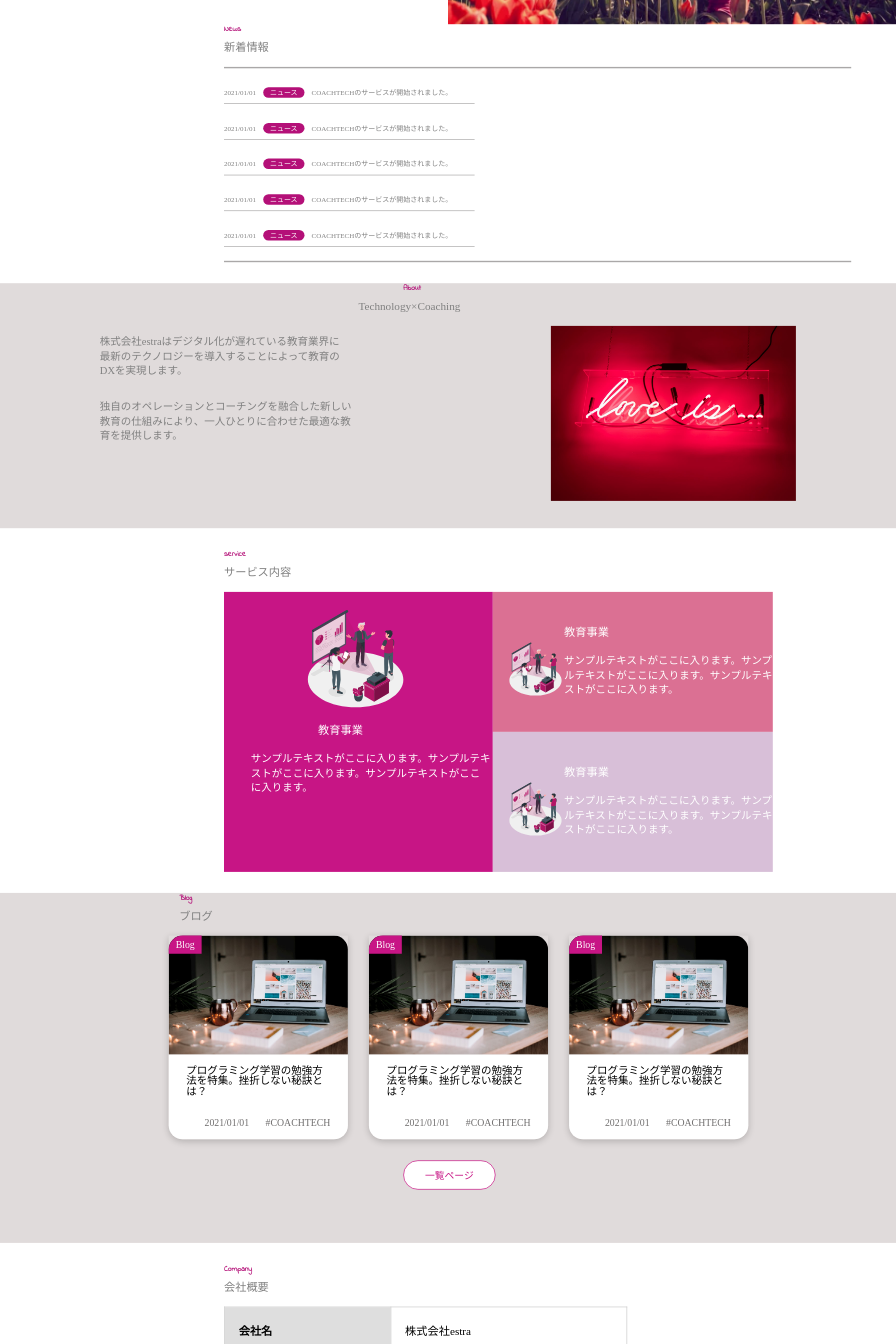
Repository: sigemasaasuka/20210902
Page: index.html
These files come from the project's save history. The page is drawn as it stood at one moment and after a run of saves; the edit follows.
The browser window is 1280 px wide. The pictures show the part of the page from y = 442 to 2362 px (the page is 3297 px tall), at 70% of full size.

Above is the page before, as saved 2021-10-05 19:25:04.

### index.html
<!DOCTYPE html>
<html lang="ja">

<head>
  <meta charset="UTF-8">
  <meta name="viewport" content="width=device-width, initial-scale=1.0">
  <title>Document</title>
  <link rel="stylesheet" href="css/style.css">
  <link rel="stylesheet" href="css/reset.css">
  <link rel="preconnect" href="https://fonts.googleapis.com">
  <link rel="preconnect" href="https://fonts.gstatic.com" crossorigin>
  <link href="https://fonts.googleapis.com/css2?family=Indie+Flower&display=swap" rel="stylesheet">
</head>

<body>
  <div class="flex">
    <div class="logo">
      <img src="img/img/estra_logo.png" alt="estra_logo" width="100px" height="30px">
    </div>
    <div class="parent">
      <div class="child">News</div>
      <div class="child">About</div>
      <div class="child">Service</div>
      <div class="child">blog</div>
      <div class="child">Company</div>
      <div class="child">Contact</div>

    </div>
  </div>
  <div class="relative">
    <img class="relative__img" src="img/img/firstview.jpg" alt="firstview">
    <div class="example">
      <h1>Commit to the <span class="document"> growth</span> <br>for everyone</h1>
    </div>
    <div class="second">
      <h3>全ての全ての人の<span class="second-txt">成長</span>にコミットする</h3>
      <p class="subtitle">Educational Technology Company<br>estra inc since 2019</p>
    </div>
  </div>
  <div class="smlltitle-news">
    <h6>News</h6>
  </div>
  <div class="list-news">
    <h3>新着情報</h3>
  </div>
  <div class="local">
    <div class="info">
      <p>
        2021/01/01　<a class="practice__btn">ニュース</a>　COACHTECHのサービスが開始されました。
      </p>
    </div>
    <div class="info">
      <p>
        2021/01/01　<a class="practice__btn">ニュース</a>　COACHTECHのサービスが開始されました。
      </p>
    </div>
    <div class="info">
      <p>
        2021/01/01　<a class="practice__btn">ニュース</a>　COACHTECHのサービスが開始されました。
      </p>
    </div>
    <div class="info">
      <p>
        2021/01/01　<a class="practice__btn">ニュース</a>　COACHTECHのサービスが開始されました。
      </p>
    </div>
    <div class="info">
      <p>
        2021/01/01　<a class="practice__btn">ニュース</a>　COACHTECHのサービスが開始されました。
      </p>
    </div>
  </div>
  <div class="colored-about">
    <div class="smlltitle-about">
      <h6>About</h6>
    </div>
    <div class="list-about">
      <h3>Technology×Coaching</h3>
    </div>
    <div class="flex-txt">
    <div class="info-txt">
      <div class="relate">
        株式会社estraはデジタル化が遅れている教育業界に<br>最新のテクノロジーを導入することによって教育の<br>DXを実現します。
      </div>
      <div class="relate-txt">
        独自のオペレーションとコーチングを融合した新しい<br>教育の仕組みにより、一人ひとりに合わせた最適な教<br>育を提供します。
      </div>

    </div>
      <div class="about">
        <img class="picture__img" src="img/img/about.jpg" alt="about">
      </div>
  </div>
  </div>

  <div class="service">
    <div class="smlltitle-service">
      <h6>service</h6>
    </div>
    <div class="list-service">
      <h3>サービス内容</h3>
    </div>
    <div class="contents">
    <div class="colored-service">
      <div class="photo">
        <img class="service__img" src="img/img/service__first.svg" alt="service">
      </div>
      <div class="title">
        <h3>教育事業</h3>
      </div>
      <div class="explain">
        サンプルテキストがここに入ります。サンプルテキ<br>ストがここに入ります。サンプルテキストがここ<br>に入ります。
      </div>
    </div>
  <div class="contents2">
    <div class="contents2">
  <div class="colored3">
    <div class="photo2">
      <img class="service__img1" src="img/img/service__first.svg" alt="service">
    </div>
    <div>
    <div class="title2">
      <h3>教育事業</h3>
    </div>
    <div class="explain2">
      サンプルテキストがここに入ります。サンプルテキストがここに入ります。サンプルテキストがここに入ります。
    </div>
  </div>
  </div>
  </div>

  <div class="colored">
    <div class="photo2">
      <img class="service__img1" src="img/img/service__first.svg" alt="service">
    </div>
    <div>
    <div class="title2">
      <h3>教育事業</h3>
    </div>
    <div class="explain2">
      サンプルテキストがここに入ります。サンプルテキストがここに入ります。サンプルテキストがここに入ります。
    </div>
  </div>
  </div>
</div>
</div>
</div>
   <div class="colored-blog">
    <div class="smlltitle-blog">
      <h6>Blog</h6>
    </div>
    <div class="list-blog">
      <h3>ブログ</h3>
   </div>
    <div class="flex__item">
      <div class="practice__card">
        <div class="blog__first">
          <img src="img/img/blog__first.jpg" alt="blog">
        </div>
        <div class="card__content">
          <div class="card__cat">Blog</div>
          <h2 class="card__ttl">プログラミング学習の勉強方法を特集。挫折しない秘訣とは？</h2>
          <div class="tag">
            <p class="card__tag">2021/01/01</p>
            <p class="card__date">#COACHTECH</p>
          </div>
        </div>
      </div>
      <div class="practice__card">
        <div class="blog__first">
          <img src="img/img/blog__first.jpg" alt="blog">
        </div>
        <div class="card__content">
          <div class="card__cat">Blog</div>
          <h2 class="card__ttl">プログラミング学習の勉強方法を特集。挫折しない秘訣とは？</h2>
          <div class="tag">
            <p class="card__tag">2021/01/01</p>
            <p class="card__date">#COACHTECH</p>
          </div>
        </div>
      </div>
      <div class="practice__card">
        <div class="blog__first">
          <img src="img/img/blog__first.jpg" alt="blog">
        </div>
        <div class="card__content">
          <div class="card__cat">Blog</div>
          <h2 class="card__ttl">プログラミング学習の勉強方法を特集。挫折しない秘訣とは？</h2>
          <div class="tag">
            <p class="card__tag">2021/01/01</p>
            <p class="card__date">#COACHTECH</p>
          </div>
        </div>
      </div>
    </div>
    <div class="card__cat-blog">一覧ページ</div>
   </div>
   <div class="company">
    <div class="smlltitle-company">
      <h6>Company</h6>
    </div>
    <div class="list-company">
      <h3>会社概要</h3>
    </div>
    <table>
      <tr>
        <th>会社名</th>
        <td>株式会社estra</td>
      </tr>
      <tr>
        <th>代表者名</th>
        <td>福場凛太郎</td>
      </tr>
      <tr>
        <th>本社所在地</th>
        <td>東京都渋谷区1-1-1</td>
      </tr>
      <tr>
        <th>従業員数</th>
        <td>100名</td>
      </tr>
      <tr>
        <th>電話番号</th>
        <td>0120-00-0000</td>
      </tr>
      <tr>
        <th>資本資金</th>
        <td>¥10,000,000</td>
      </tr>
    </table>
    </div>
    <div class="last">
    <div class="photo2">
     <div class="recruit">
      <div class="second-employ">
        <p>採用情報</p>
      </div>
     </div>
    </div>
    <div class="photo3">
      <div class="interview">
    <div class="second-interview">
      <p>社員インタビュー</p>
      </div>
    </div>
    </div>
    </div>
    <div class="list-question">
      <h3>株式会社estraへのお問い合わせはこちらから</h3>
      </div>
      <div class="rod"><p>&#124</p></div>
      <div class="photo4">
  <div class="card__cat3">お問い合わせ</div>
</div>
<div class="colored-question">
  <div class="second-question">
    <p>Copyright&copy;estra,inc　AII Rights Reserved</p>
  </div>
</div>
</body>

</html>

### css/style.css
.img {
  text-align: left;
}

.parent {
  line-height: 50px;
  display: flex;
  justify-content: space-between;
  color: gray;
}

.child {
  margin: 0 10px;
  font-weight: lighter;
}

.logo {
  line-height: 20px;
  width: 100px;
}
.flex {
  display: flex;
  justify-content: space-between;
  height: 50px;
  margin-left: 30px;
}

.relative {
  position: relative;
}

.relative__img {
  margin: 0 0 0 auto;
  display: block;
  width: 50%;
}

.example {
  position: absolute;
  top: 5%;
  left: 30%;
  font-size: 50px;
  color: #b41078;
  font-family: "Indie Flower", cursive;
}

.document {
  top: 5%;
  left: 30%;
  font-size: 70px;
  color: #30b6cf;
  font-family: "Indie Flower", cursive;
}

.second {
  position: absolute;
  top: 50%;
  left: 30%;
  font-size: 18px;
  color: #b41078;
}

.second-txt {
  top: 50%;
  left: 30%;
  font-size: 18px;
  color: #30b6cf;
}

.subtitle {
  margin: 0;
  font-size: 15px;
  color: gray;
  font-weight: lighter;
}

.smlltitle-news {
  color: #b41078;
  font-family: "Indie Flower", cursive;
  margin-left: 25%;
}

.list-news {
  color: gray;
  margin-left: 25%;
  margin-top: 10px;
  margin-bottom: 20px;
}

.local {
  margin-left: 25%;
  border-color: rgb(170, 168, 168);
  border-top: solid 2px rgb(170, 168, 168);
  border-bottom: solid 2px rgb(170, 168, 168);
  width: 70%;
}

.info {
  margin-bottom: 20px;
  border-width: 0 0 1px 0;
  border-style: solid;
  line-height: 30px;
  border-color: rgb(173, 171, 171);
  margin-top: 20px;
  padding-left: 0;
  font-size: 10px;
  color: gray;
  width: 40%;
}

.practice__btn {
  width: 100px;
  padding: 2px 10px;
  color: #fff;
  border-radius: 30px;
  background-color: #b41078;
  text-align: center;
  margin: 0 auto 0;
}

.colored-about {
  height: 350px;
  background-color: rgb(224, 219, 219);
  margin-top: 30px;
}
.smlltitle-about {
  color: #b41078;
  font-family: "Indie Flower", cursive;
  margin-left: 45%;
}

.list-about {
  color: gray;
  margin-left: 40%;
  margin-top: 10px;
}

.flex-txt {
  display: flex;
  justify-content: space-around;
  height: 30px;
}

.relate {
  color: gray;
  font-size: 15px;
  margin-top: 30px;
}

.relate-txt {
  color: gray;
  font-size: 15px;
  margin-top: 30px;
}

.picture__img {
  margin-top: 20px;
  width: 350px;
  height: 250px;
}

.smlltitle-service {
  color: #b41078;
  font-family: "Indie Flower", cursive;
  margin-left: 25%;
  margin-top: 30px;
}

.list-service {
  color: gray;
  margin-left: 25%;
  margin-top: 10px;
}

.contents {
  display: flex;
}
.colored-service {
  background-color: #c71585;
  margin-top: 20px;
  margin-left: 25%;
  width: 30%;
  height: 400px;
}

.service__img {
  width: 300px;
  height: 150px;
  margin-top: 20px;
  margin-left: 10%;
}

.title {
  margin-top: 20px;
  color: #fff;
  margin-left: 35%;
}

.explain {
  margin-left: 10%;
  margin-top: 20px;
  color: #fff;
  font-size: 15px;
}
.contents2 {
  display: flex;
  flex-direction: column;
  justify-content: space-around;
}
.colored3 {
  display: flex;
  background-color: #db7093;
  margin-top: 20px;
  width: 400px;
  height: 200px;
}

.service__img1 {
  width: 340px;
  height: 220px;
  margin-left: 20px;
}

.title2 {
  margin-top: 20px;
  color: #fff;
  margin-top: 50px;
  margin-left: 20px;
}

.explain2 {
  margin-top: 20px;
  margin-left: 20px;
  color: #fff;
  font-size: 15px;
}

.colored {
  display: flex;
  background-color: #d8bfd8;
  width: 400px;
  height: 200px;
}

.colored-blog {
  height: 500px;
  background-color: rgb(224, 219, 219);
  margin-top: 30px;
}

.smlltitle-blog {
  color: #b41078;
  font-family: "Indie Flower", cursive;
  margin-left: 20%;
  margin-top: 30px;
}

.list-blog {
  color: gray;
  margin-left: 20%;
  margin-top: 10px;
}

.flex__item {
  border-radius: 20px;
  display: flex;
  justify-content: center;
}

.practice__card {
  margin-top: 20px;
  margin-left: 30px;
  position: relative;
  width: 20%;
  border-bottom-left-radius: 20px;
  border-bottom-right-radius: 20px;
  box-shadow: 0px 3px 10px rgba(0, 0, 0, 0.2);
}

.blog__first {
  overflow: hidden;
  border-top-left-radius: 20px;
  border-top-right-radius: 20px;
}

.card__img img {
  width: 100%;
}

.card__content {
  border-bottom-left-radius: 20px;
  border-bottom-right-radius: 20px;
  background-color: #fff;
  padding: 15px 25px;
}

.card__ttl {
  font-size: 15px;
  margin-bottom: 30px;
  font-weight: 400;
}

.card__cat {
  position: absolute;
  top: 0;
  left: 0;
  border-top-left-radius: 20px;
  padding: 5px 10px;
  background: #c71585;
  display: inline-block;
  color: #fff;
  font-size: 14px;
}

.tag {
  font-size: 14px;
  text-align: right;
}

.card__tag {
  display: inline-block;
  color: rgb(112, 110, 110);
  margin-left: 10px;
}

.card__date {
  display: inline-block;
  margin-left: 20px;
  color: rgb(112, 110, 110);
}

.card__cat-blog {
  padding: 10px 30px;
  background: white;
  margin-top: 30px;
  margin-left: 45%;
  border: 1px solid;
  display: inline-block;
  color: #c71585;
  font-size: 14px;
  border-radius: 30px;
}

.company {
  margin-left: 25%;
}

.smlltitle-company {
  color: #b41078;
  font-family: "Indie Flower", cursive;
  margin-top: 30px;
}

.list-company {
  color: gray;
  margin-top: 10px;
  margin-bottom: 20px;
}

table {
  width: 60%;
  border-collapse: collapse;
}

table th,
table td {
  border: 1px solid #ccc;
  padding: 20px;
}
table th {
  font-weight: bold;
  background-color: #dedede;
}

.last {
  display: flex;
  margin-top: 50px;
  position: relative;
}

.second-employ {
  position: absolute;
  top: 50%;
  left: 40%;
  font-size: 20px;
  color: #fff;
}

.photo2 {
  width: 50%;
}

.recruit {
  position: relative;
  width: 100%;
  height: 0;
  padding-top: calc(300 / 683 * 100%); /* calc(画像高さ ÷ 画像横幅 × 100%) */
  background: url(../img/img/recruit.png) center center / cover no-repeat;
  margin-top: 30px;
}

.photo3 {
  width: 50%;
}

.interview {
  position: relative;
  width: 100%;
  height: 0;
  padding-top: calc(300 / 683 * 100%); /* calc(画像高さ ÷ 画像横幅 × 100%) */
  background: url(../img/img/interview.png) center center / cover no-repeat;
  margin-top: 30px;
}

.second-interview {
  position: absolute;
  top: 50%;
  left: 45%;
  font-size: 20px;
  color: #fff;
}

.list-question {
  color: gray;
  margin-top: 50px;
  margin-left: 36%;
}
.rod {
  color: #c71585;
  margin-left: 47%;
  margin-top: 10px;
  font-size: 30px;
}

.card__cat3 {
  position: relative;
  top: 0;
  padding: 20px 60px;
  background: linear-gradient(90deg, #ff69b4, #c71585);
  margin-top: 10px;
  margin-left: 40%;
  border: 1px solid;
  display: inline-block;
  color: #fff;
  font-size: 14px;
  border-radius: 30px;
}

.card__cat3::before {
  content: "";
  position: absolute;
  bottom: 15px;
  left: 25px;
  background: url(../img/img/mailicon.svg) no-repeat;
  background-size: cover;
  width: 15px;
  height: 15px;
  transform: translate(0, -50%);
}

.colored-question {
  height: 30px;
  background-color: rgb(224, 219, 219);
  margin-top: 25px;
}

.second-question {
  color: #000;
  font-size: 10px;
  margin-left: 40%;
  line-height: 30px;
}

### css/reset.css
@charset "UTF-8";
html,
body,
div,
span,
applet,
object,
iframe,
h1,
h2,
h3,
h4,
h5,
h6,
p,
blockquote,
pre,
a,
abbr,
acronym,
address,
big,
cite,
code,
del,
dfn,
em,
img,
ins,
kbd,
q,
s,
samp,
small,
strike,
strong,
sub,
sup,
tt,
var,
b,
u,
i,
center,
dl,
dt,
dd,
ol,
ul,
li,
fieldset,
form,
label,
legend,
table,
caption,
tbody,
tfoot,
thead,
tr,
th,
td,
article,
aside,
canvas,
details,
embed,
figure,
figcaption,
footer,
header,
hgroup,
menu,
nav,
output,
ruby,
section,
summary,
time,
mark,
audio,
video {
  margin: 0;
  padding: 0;
  border: none;
  font-style: normal;
  text-align: left;
  zoom: 1;
}
article,
aside,
details,
figcaption,
figure,
footer,
header,
hgroup,
menu,
nav,
section {
  display: block;
}
table {
  border-collapse: collapse;
  font-family: inherit;
}
h1,
h2,
h3,
h4,
h5 {
  font-size: 100%;
  font-weight: normal;
  line-height: 1;
}
input,
textarea,
select {
  font-family: inherit;
  font-size: 16px;
}
input[type="button"],
input[type="text"],
input[type="submit"] {
  -webkit-appearance: none;
  border-radius: 0;
}
textarea {
  resize: none;
  -webkit-appearance: none;
  border-radius: 0;
}
th,
td {
  border-collapse: collapse;
}
table th,
table td {
  white-space: nowrap;
}
ul,
ol {
  list-style-type: none;
}
img {
  vertical-align: text-bottom;
  vertical-align: -webkit-baseline-middle;
  max-width: 100%;
  height: auto;
  width/***/: auto;
}

After the next 5 saves:
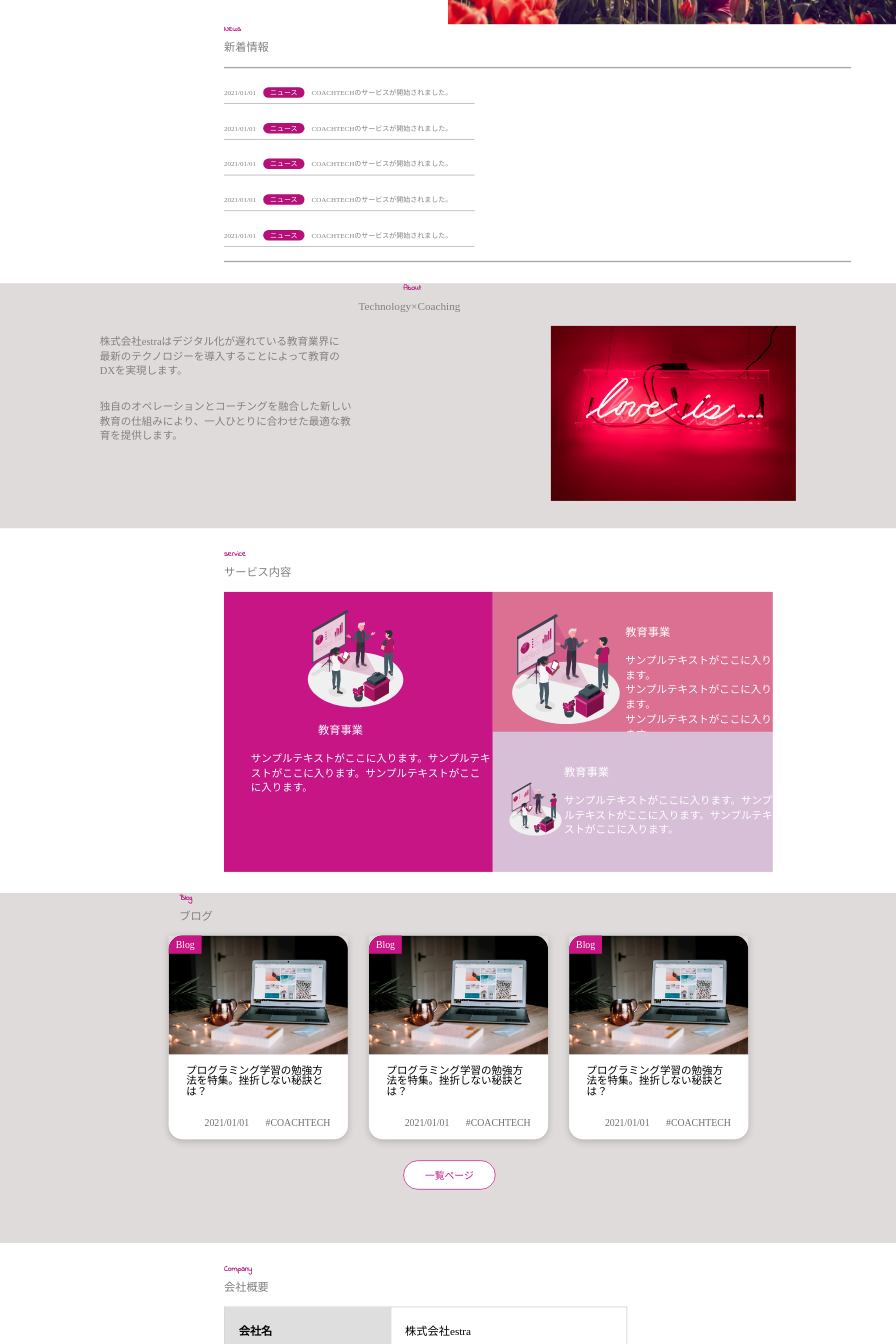
The 5 saves are shown as one change because they came seconds apart.
The last was saved 2 min 1 s later.
--- a/index.html
+++ b/index.html
@@ -123,7 +123,7 @@
       <h3>教育事業</h3>
     </div>
     <div class="explain2">
-      サンプルテキストがここに入ります。サンプルテキストがここに入ります。サンプルテキストがここに入ります。
+      サンプルテキストがここに入ります。<br>サンプルテキストがここに入ります。<br>サンプルテキストがここに入ります。
     </div>
   </div>
   </div>
